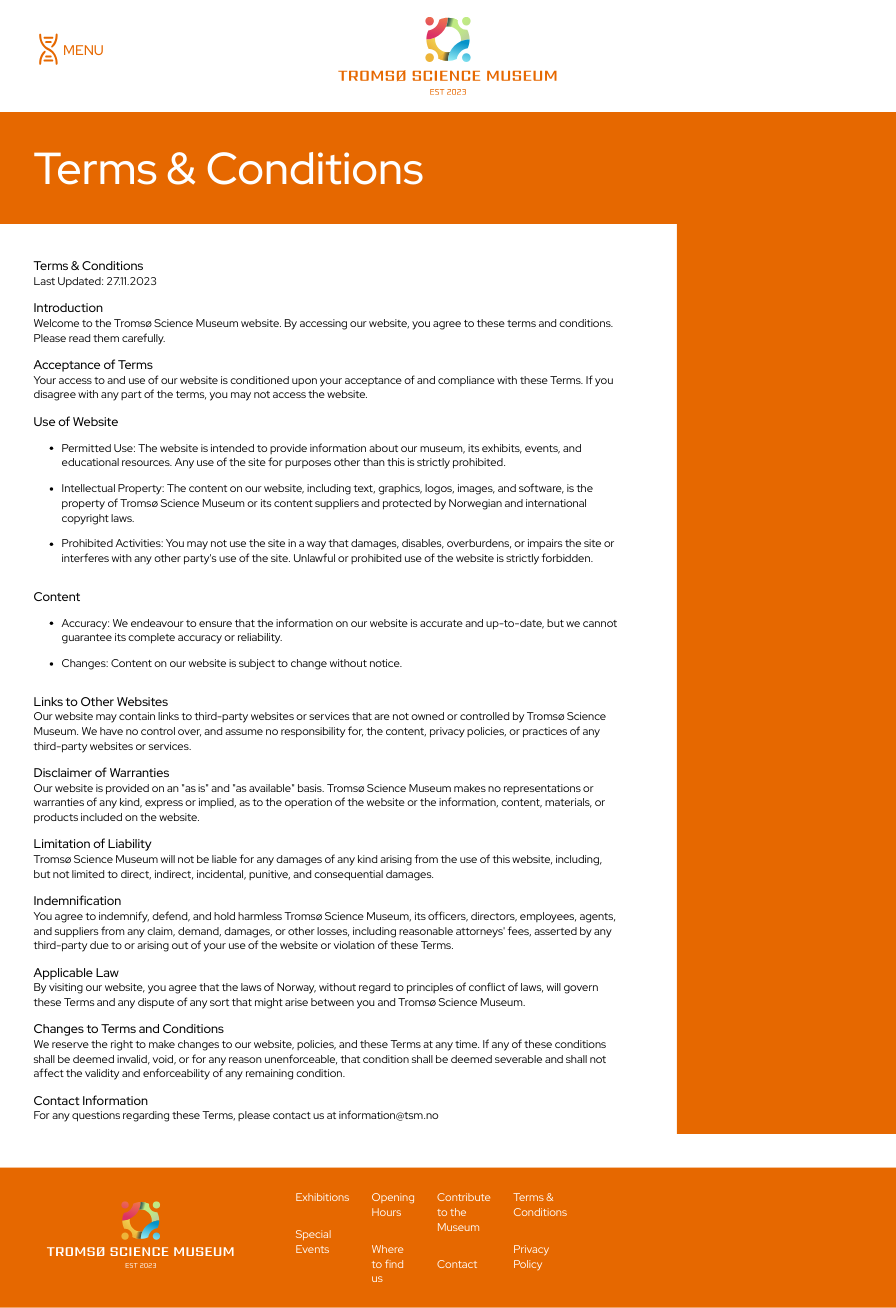
Repository: benjaminskarding/Semester-Project
Page: terms_conditions.html
The author's editor kept a copy of each file at every save. The page is drawn from the files as they stood at one save, then again after the next save.
The browser window is 1280 px wide. The pictures show the whole page, at 70% of full size.

Above is the page before, as saved 2023-11-29 16:34:00.

After the next save:
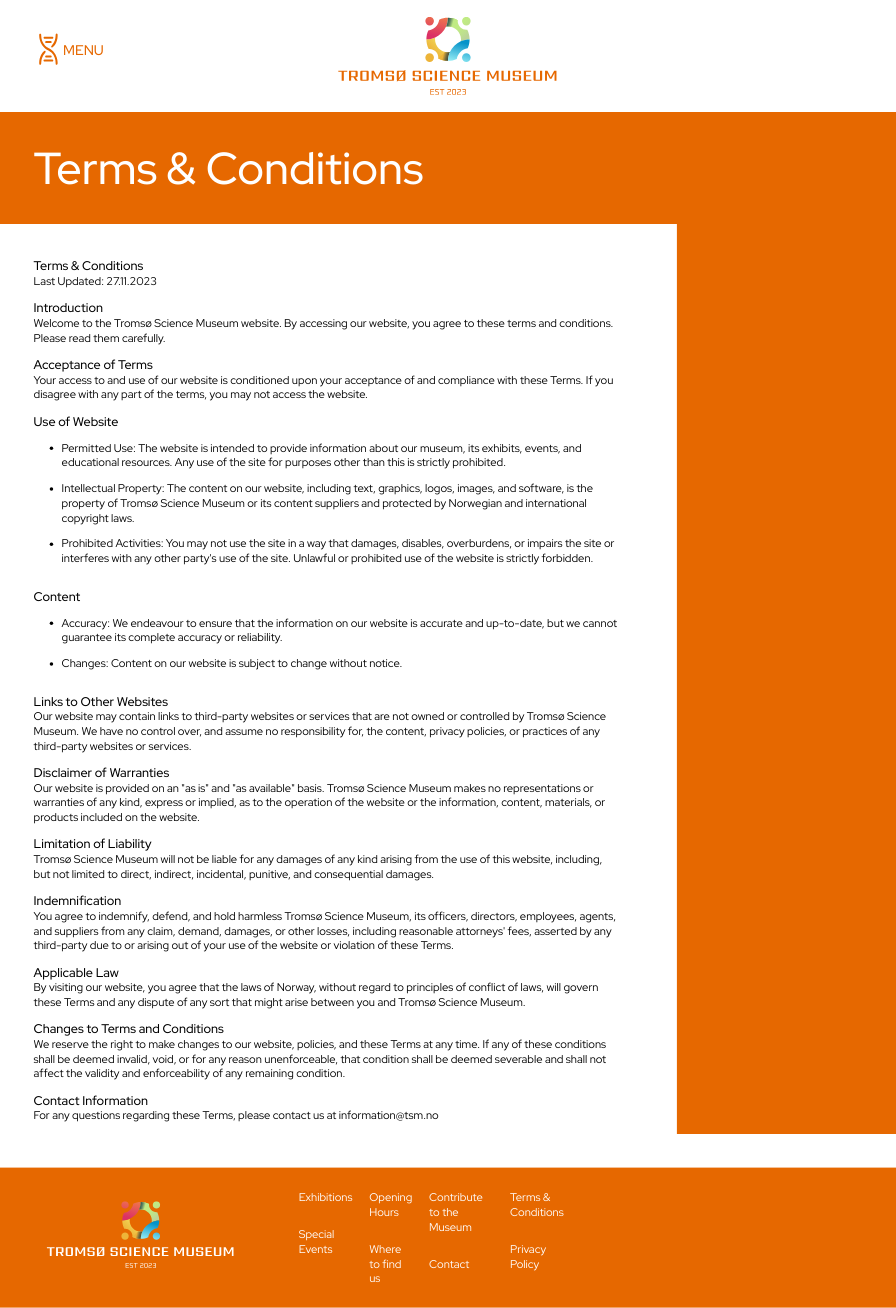
Saved 15 s later.
--- a/src/css/common.css
+++ b/src/css/common.css
@@ -85,7 +85,7 @@
 .footer-center-container {
     display: flex;
     flex: 1;
-    gap: 2rem;
+    gap: 1.5rem;
     margin-right: 3rem;
 }
 

After the save that followed:
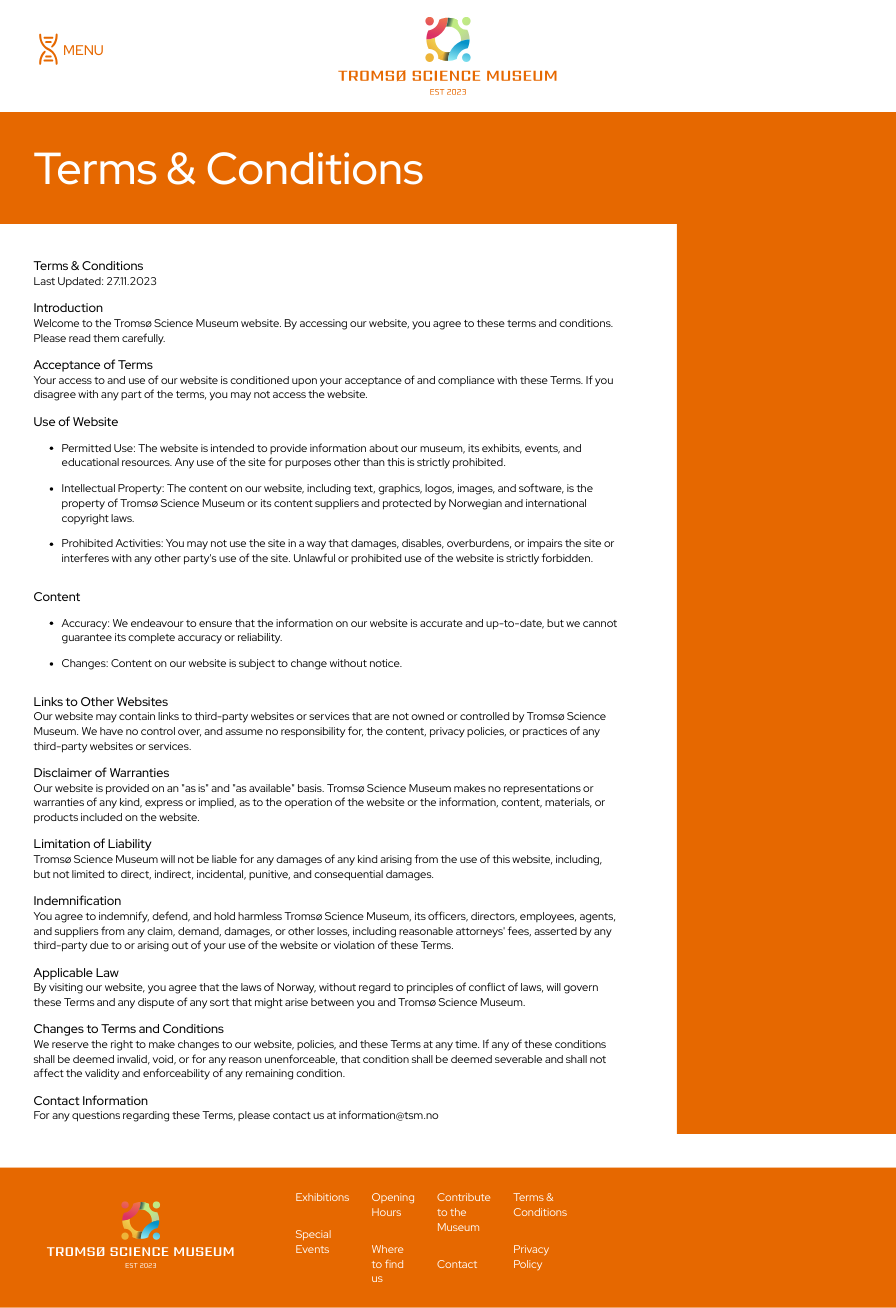
Saved 4 s later.
--- a/src/css/common.css
+++ b/src/css/common.css
@@ -85,7 +85,7 @@
 .footer-center-container {
     display: flex;
     flex: 1;
-    gap: 1.5rem;
+    gap: 2rem;
     margin-right: 3rem;
 }
 
